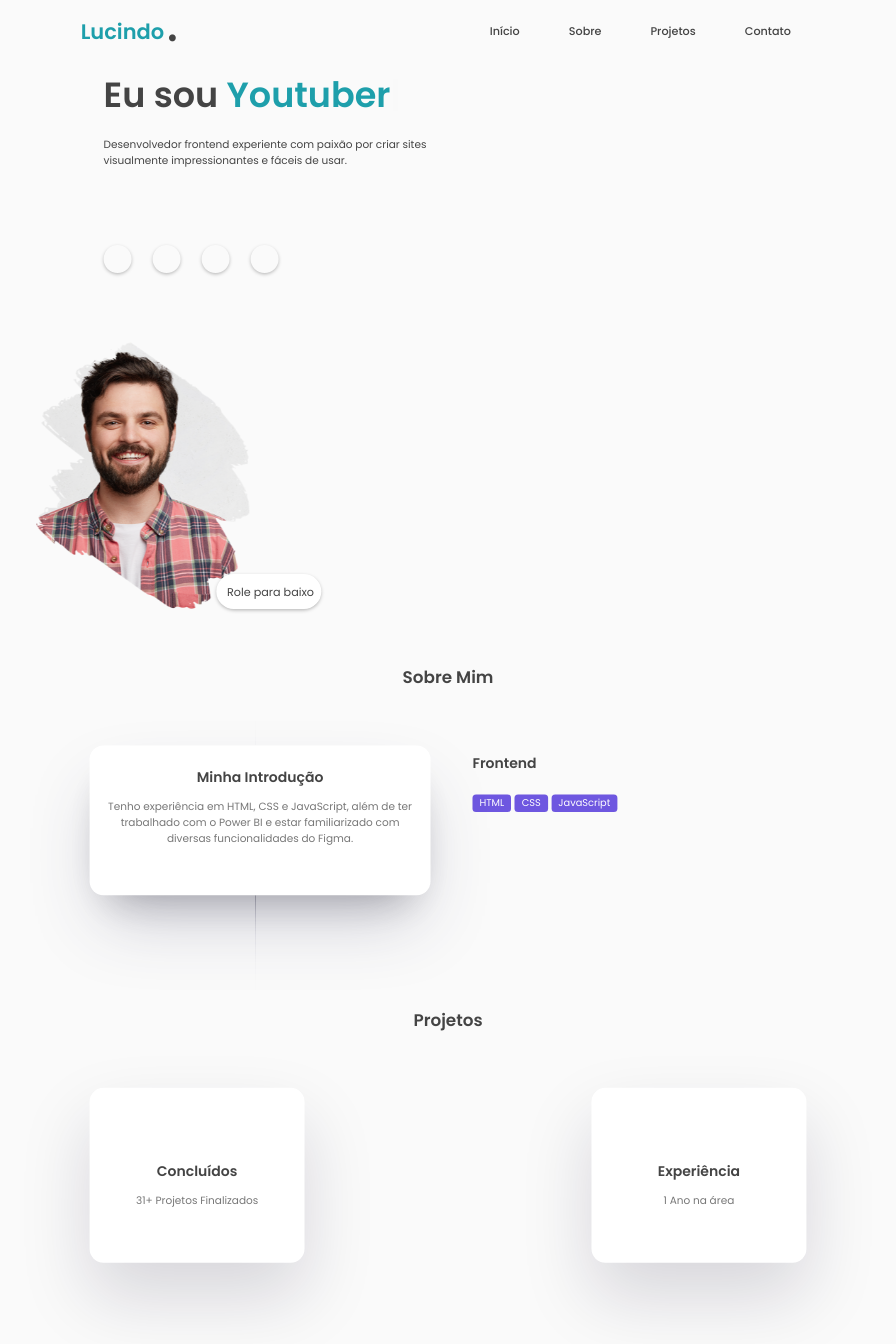
Repository: Matheus904-12/PrePortf
Page: index.html
The author's editor kept a copy of each file at every save. The page is drawn from the files as they stood at one save, then again after the next save.
The browser window is 1280 px wide. The pictures show the part of the page from y = 0 to 1920 px (the page is 2833 px tall before and 2883 px after), at 70% of full size.
Some icons come from a web library that is not loaded, so they are not drawn.

Above is the page before, as saved 2023-09-29 12:12:34.

After the next save:
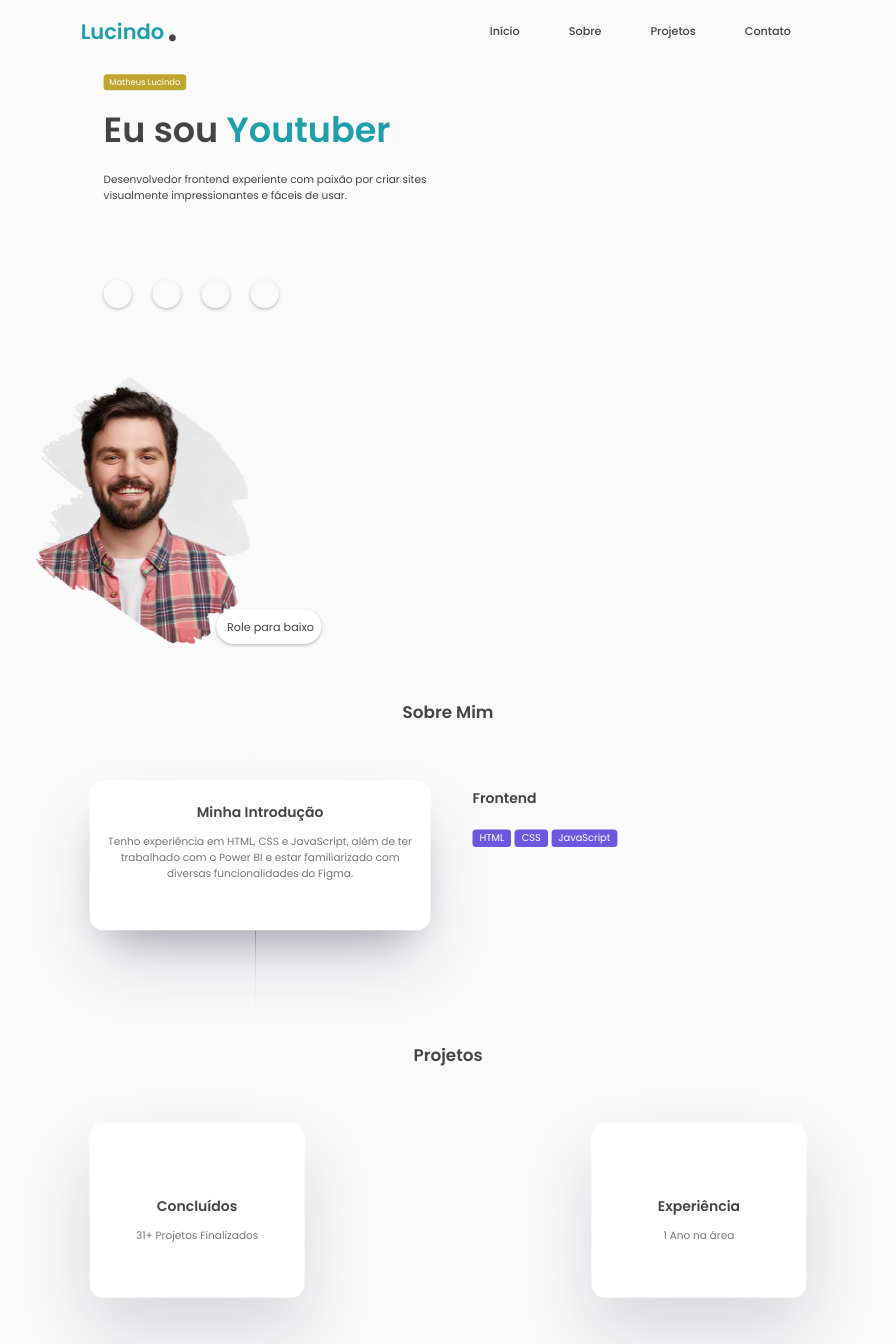
Saved 15 s later.
--- a/index.html
+++ b/index.html
@@ -58,6 +58,10 @@
             <br>
             <br>
             <br>
+            <b>
+                <br>
+                <br>
+            </b>
             <section class="featured-box" id="home">
                 <div class="featured-text">
                     <div class="featured-text-card">
